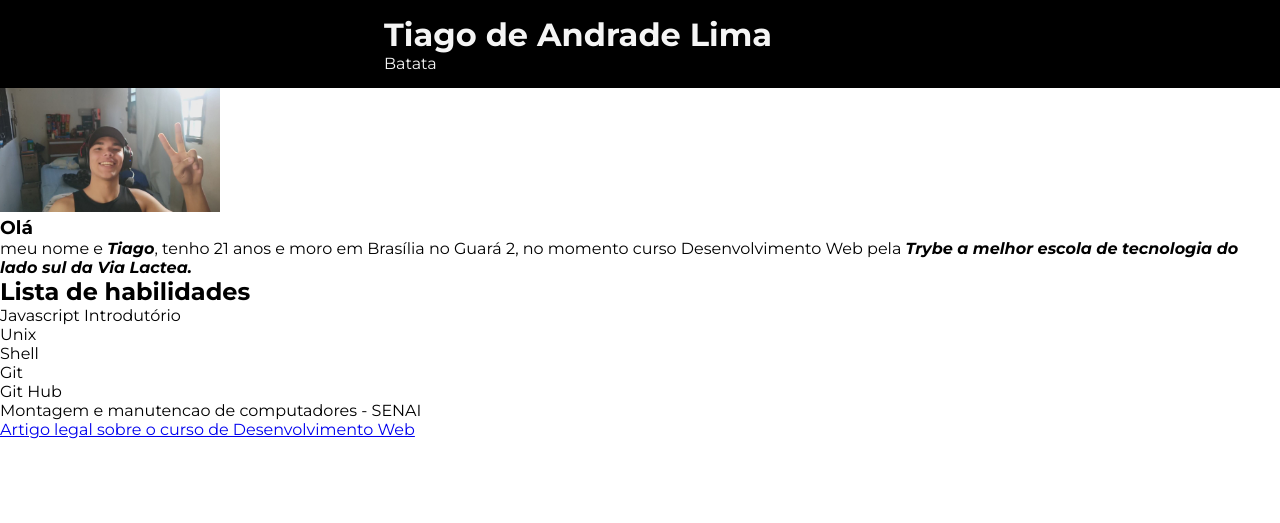
Repository: Batatiago/Batatiago.github.io
Page: index.html
These files come from the project's save history. The page is drawn as it stood at one moment and after the next save; the edit follows.
The browser window is 1280 px wide. The pictures show the whole page.

Above is the page before, as saved 2023-06-29 11:01:45.

### index.html
<!DOCTYPE html>
<html lang="pt-br">

<head>
  <meta charset="UTF-8">
  <title>Tiago de Andrade Lima</title>
  <link rel="preconnect" href="https://fonts.googleapis.com">
  <link rel="preconnect" href="https://fonts.gstatic.com" crossorigin>
  <link
    href="https://fonts.googleapis.com/css2?family=Montserrat:ital,wght@0,100;0,200;0,300;0,400;0,500;0,600;0,700;0,800;0,900;1,100;1,200;1,300;1,400;1,500;1,600;1,700;1,800;1,900&display=swap"
    rel="stylesheet">
  <link rel="stylesheet" href="style.css">
</head>

<body>
  <div class="header-container">
    <div class="header">
      <h1 class="meuNome"> Tiago de Andrade Lima</h1>
      <p>Batata</p>
    </div>
  </div>
  <div class="resumo" >
    <img src="2023-06-23-160707.jpg" alt="Imagem de Tiago" id="foto" width="220px">
    <h3>Olá</h3>
    <p class="descricao"> meu nome e <strong><em>Tiago</em></strong>, tenho 21 anos e moro em Brasília no Guará 2, no
      momento curso Desenvolvimento
      Web pela <strong><em>Trybe a melhor escola de tecnologia do lado sul da Via Lactea.</em></strong></p>
  </div>
  <div>
    <h2>Lista de habilidades</h2>
    <ul>
      <li class="javascript">Javascript Introdutório</li>
      <li class="unix">Unix</li>
      <li class="shell">Shell</li>
      <li class="git">Git</li>
      <li class="gitHub">Git Hub</li>
      <li>Montagem e manutencao de computadores - SENAI</li>
    </ul>
  </div>
  <a href="https://blog.betrybe.com/carreira/frontend/" target="_blank">Artigo legal sobre o curso de Desenvolvimento
    Web</a>
</body>

</html>

### style.css
* {
    margin: 0;
    padding: 0;
    border: 0;
}

body {
    font-family: 'Montserrat', sans-serif;
}

.header-container {
    background-color: black;
    color: whitesmoke;
}

.header {
    padding: 15px 10px;
    width: 40%;
    margin: auto;
}

header h1{
    font-family: 'Times New Roman', Times, serif;
}
.resumo {
    display: inline-block;
}

After the next save:
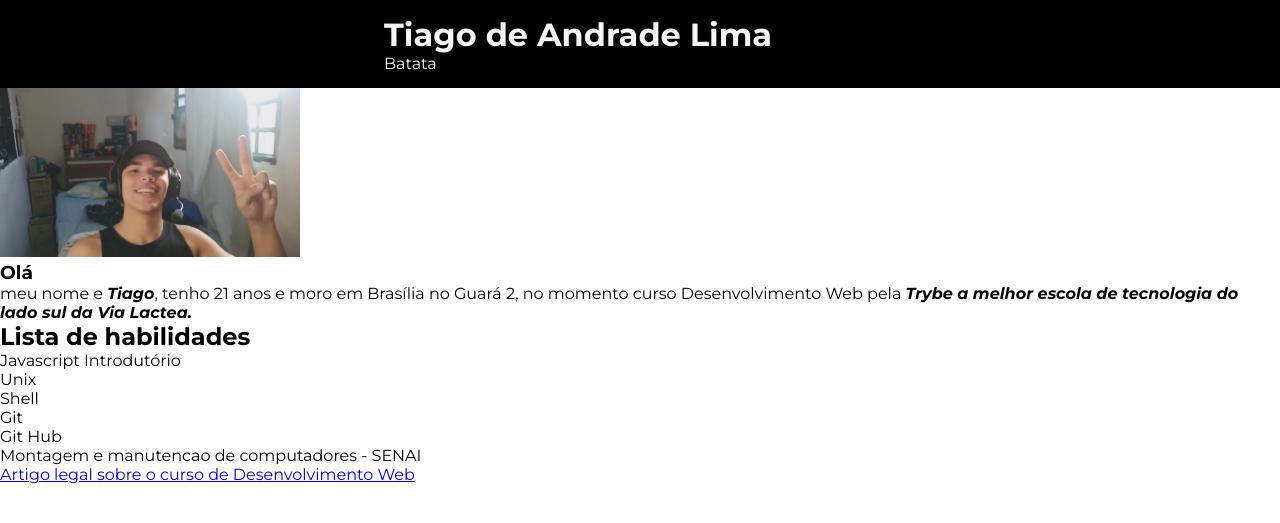
Saved 8 s later.
--- a/index.html
+++ b/index.html
@@ -20,7 +20,7 @@
     </div>
   </div>
   <div class="resumo" >
-    <img src="2023-06-23-160707.jpg" alt="Imagem de Tiago" id="foto" width="220px">
+    <img src="2023-06-23-160707.jpg" alt="Imagem de Tiago" id="foto" width="300px">
     <h3>Olá</h3>
     <p class="descricao"> meu nome e <strong><em>Tiago</em></strong>, tenho 21 anos e moro em Brasília no Guará 2, no
       momento curso Desenvolvimento
